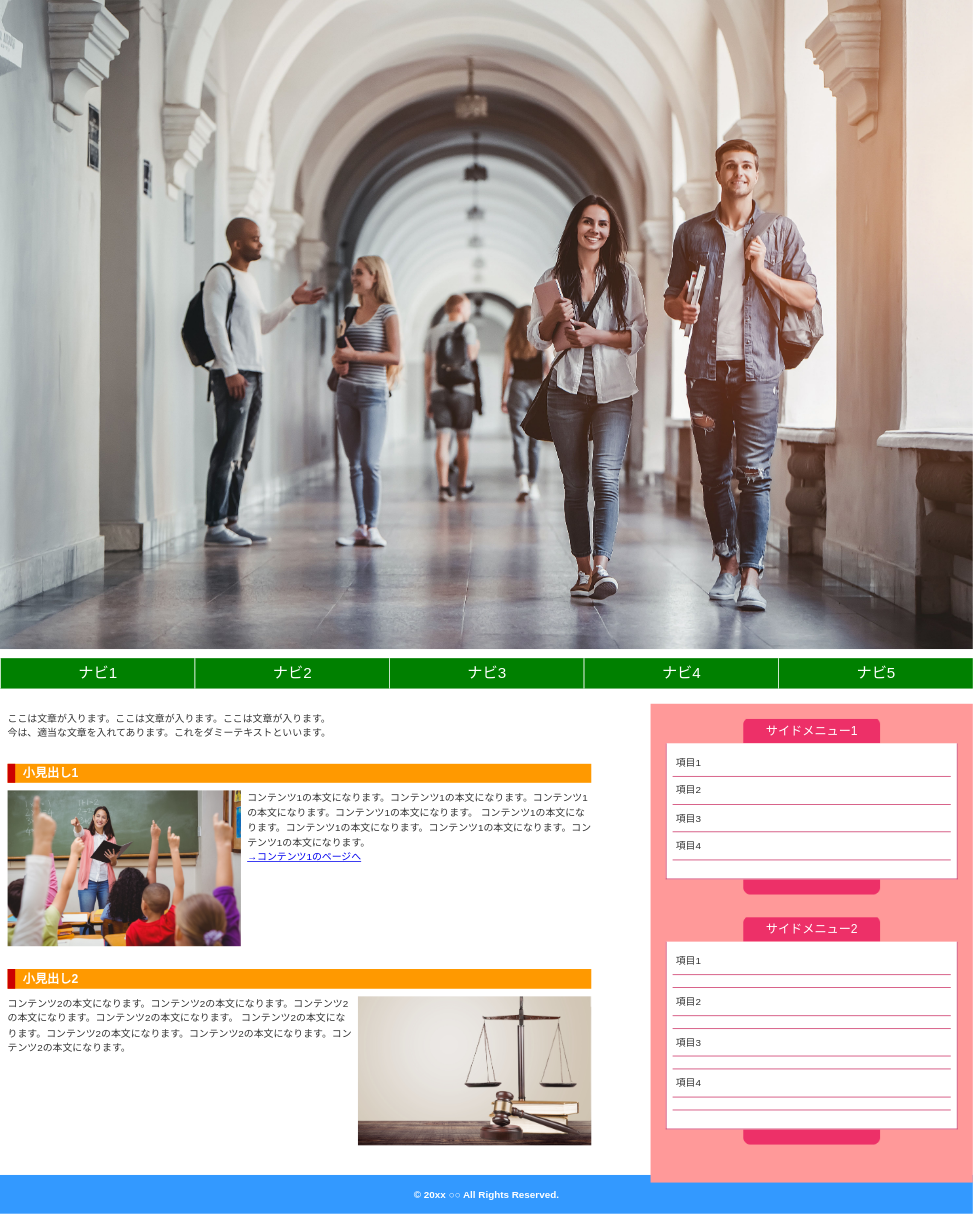
Repository: HmotioN-hiroki/samura_HTML-CSS
Page: home.html
The author's editor kept a record of every edit. The page is drawn from the files as they stood at one moment, then again after the next edit.
The browser window is 1280 px wide. The pictures show the whole page, at 76% of full size.

Above is the page before.

After the next edit:
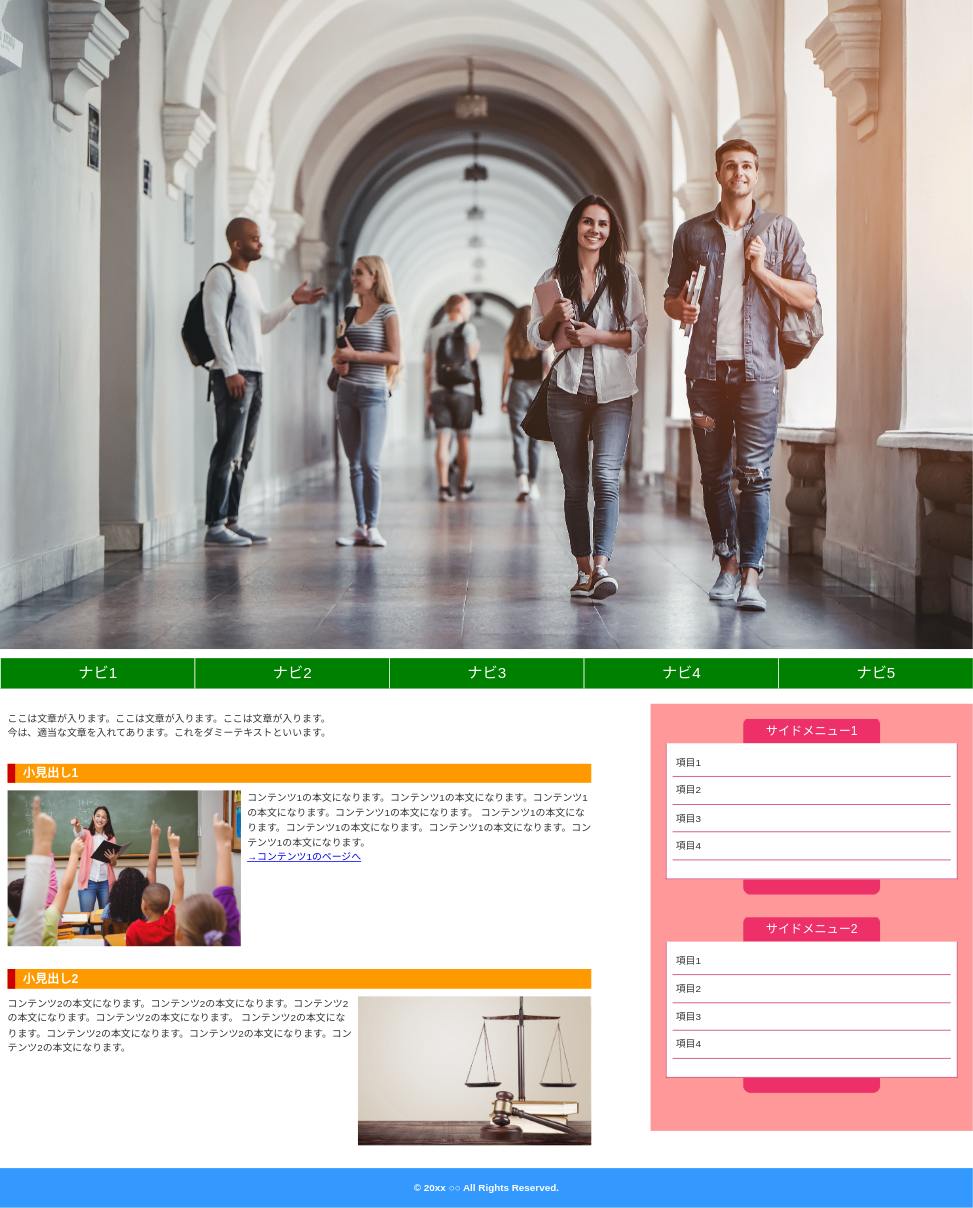
The edit:
--- a/home.html
+++ b/home.html
@@ -58,10 +58,10 @@
                         <h2>サイドメニュー2</h2>
                         <div class="boxBody">
                             <ul>
-                                <li>項目1<li>
-                                <li>項目2<li>
-                                <li>項目3<li>
-                                <li>項目4<li>
+                                <li>項目1</li>
+                                <li>項目2</li>
+                                <li>項目3</li>
+                                <li>項目4</li>
                             </ul>
                         </div>
                     </div>
